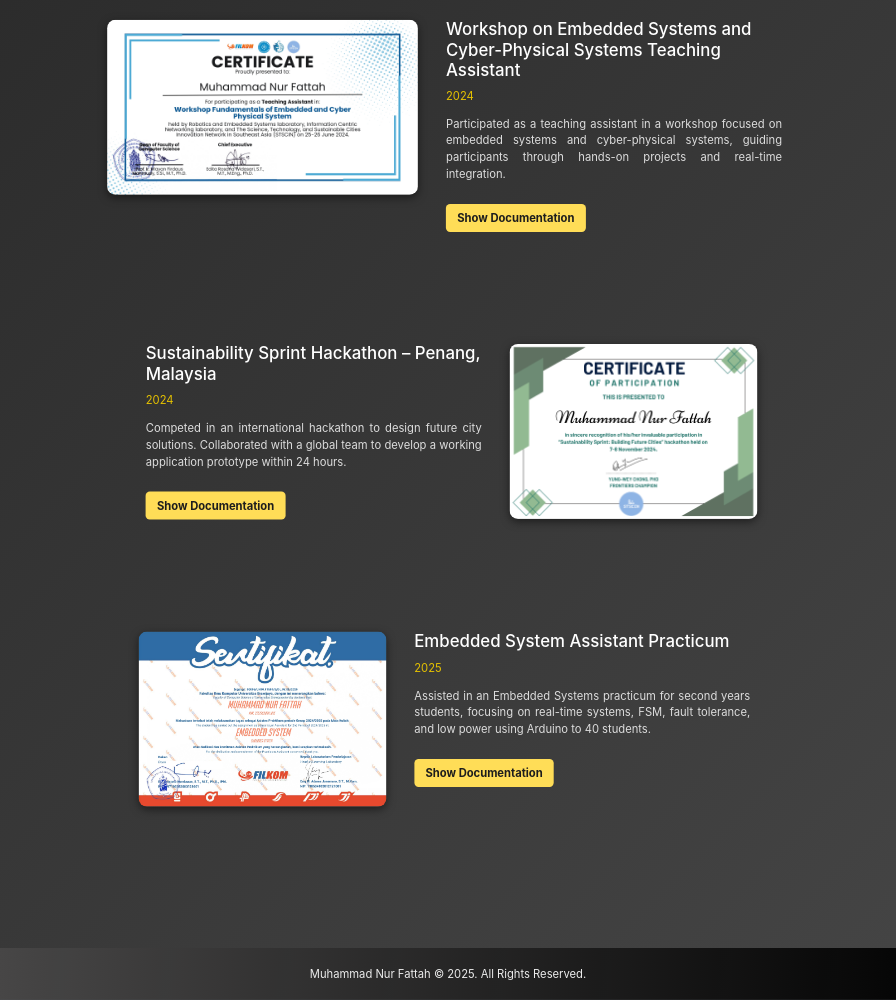
Repository: nurFattahh/Web-Portofolio
Page: /experience
An editor plug-in stored every save of this project. The page is shown before and after the next save, followed by the edit.
The browser window is 1280 px wide. The pictures show the part of the page from y = 1816 to 3736 px (the page is 3244 px tall before and 3736 px after), at 70% of full size.
The project was rebuilt for these pictures with package versions that can differ from the ones it lists, and the page was loaded fresh each time. Also part of the build but not shown: vite.config.js, src/components/Home/Home.css, src/components/Home/Home.jsx, src/components/About/About.css, src/components/About/Skillset.css, src/components/About/About.jsx, src/components/Project/Project.css, src/data/Projects.js and 3 more.

Above is the page before, as saved 2025-12-22 14:52:10.

### index.html
<!DOCTYPE html>
<html lang="en">
  <head>
    <meta charset="UTF-8" />
    <meta name="viewport" content="width=device-width, initial-scale=1.0" />
    <link rel="icon" href="/logo2.png" type="image/x-icon">
    <title>My Portfolio</title>

    <link href="https://stackpath.bootstrapcdn.com/bootstrap/4.5.2/css/bootstrap.min.css" rel="stylesheet" />
    <link rel="stylesheet" href="https://cdnjs.cloudflare.com/ajax/libs/font-awesome/6.0.0-beta3/css/all.min.css" />

  </head>
  <body>
    <div id="root"></div>
    <script type="module" src="/src/main.jsx"></script>
    <script src="https://code.jquery.com/jquery-3.5.1.slim.min.js"></script>
    <script src="https://cdn.jsdelivr.net/npm/@popperjs/core@2.9.2/dist/umd/popper.min.js"></script>
    <script src="https://stackpath.bootstrapcdn.com/bootstrap/4.5.2/js/bootstrap.min.js"></script>
    <link href="https://stackpath.bootstrapcdn.com/bootstrap/4.5.2/css/bootstrap.min.css" rel="stylesheet" />
  </body>
</html>

### src/main.jsx
import React from 'react';
import ReactDOM from 'react-dom/client';
import App from './App';
import './assets/styles/style.css';

ReactDOM.createRoot(document.getElementById('root')).render(
  <React.StrictMode>
    <App />
  </React.StrictMode>
);

### src/App.jsx
import React from "react";
import { BrowserRouter as Router, Routes, Route, useLocation } from "react-router-dom";
import { AnimatePresence } from "framer-motion";

import Navbar from "./components/Navbar/Navbar";
import Footer from "./components/Footer/Footer";

import Home from "./components/Home/Home";
import About from "./components/About/About";
import Project from "./components/Project/Project";
import Organization from "./components/Organization/Organization";
import Experience from "./components/Experience/Experience";
import ProjectDetail from "./components/Project/ProjectDetails";

import MotionWrapper from "./components/Animations/MotionWrapper";

const AnimatedRoutes = () => {
  const location = useLocation();

  return (
    <AnimatePresence mode="wait">
      <Routes location={location} key={location.pathname}>
        <Route path="/" element={<MotionWrapper><Home /></MotionWrapper>} />
        <Route path="/about" element={<MotionWrapper><About /></MotionWrapper>} />
        <Route path="/experience" element={<MotionWrapper><Experience /></MotionWrapper>} />
        <Route path="/projects" element={<MotionWrapper><Project /></MotionWrapper>} />
        <Route path="/organization" element={<MotionWrapper><Organization /></MotionWrapper>} />
        <Route path="/projects/:id" element={<MotionWrapper><ProjectDetail /></MotionWrapper>} />
      </Routes>
    </AnimatePresence>
  );
};

const App = () => (
  <Router>
    <Navbar />
    <AnimatedRoutes />
    <Footer />
  </Router>
);

export default App;

### src/assets/styles/style.css
#root {
    background: linear-gradient(135deg, #1c1c1c, #444444);
}

body {
    font-family: 'Arial', sans-serif;
    margin: 0;
    padding: 0;

}

html {
    scroll-padding-top: 2rem; /* Gantikan 80px dengan tinggi navbar Anda */
    scroll-behavior: smooth;
}

### src/components/Navbar/Navbar.jsx
import React, { useEffect, useRef } from "react";
import { Link } from "react-router-dom";
import "./Navbar.css";

const Navbar = () => {
  const navbarRef = useRef(null);

  useEffect(() => {
    const links = document.querySelectorAll(".navbar-collapse .nav-link");
    const navbar = navbarRef.current;

    links.forEach((link) => {
      link.addEventListener("click", () => {
        if (navbar && navbar.classList.contains("show")) {
          new window.bootstrap.Collapse(navbar).hide(); // collapse on mobile
        }
      });
    });

    return () => {
      links.forEach((link) => {
        link.removeEventListener("click", () => {});
      });
    };
  }, []);

  return (
    <nav className="navbar navbar-expand-lg navbar-dark bg-dark sticky-top">
      <Link className="navbar-brand" to="/">
        My Portfolio
      </Link>
      <button
        className="navbar-toggler"
        type="button"
        data-toggle="collapse"
        data-target="#navbarNav"
        aria-controls="navbarNav"
        aria-expanded="false"
        aria-label="Toggle navigation"
      >
        <span className="navbar-toggler-icon"></span>
      </button>
      <div
        className="collapse navbar-collapse"
        id="navbarNav"
        ref={navbarRef}
      >
        <ul className="navbar-nav ml-auto">
          <li className="nav-item">
            <Link className="nav-link" to="/">Home</Link>
          </li>
          <li className="nav-item">
            <Link className="nav-link" to="/about">About</Link>
          </li>
          <li className="nav-item">
            <Link className="nav-link" to="/experience">Experience</Link>
          </li>
          <li className="nav-item">
            <Link className="nav-link" to="/projects">Project</Link>
          </li>
        </ul>
      </div>
    </nav>
  );
};

export default Navbar;

### src/components/Footer/Footer.jsx
import React from 'react';
import './Footer.css';

const Footer = () => (
  <footer className="footer-section bg-dark text-white py-4">
    <div className="container text-center">
      <p> Muhammad Nur Fattah &copy; 2025. All Rights Reserved.</p>
    </div>
  </footer>
);

export default Footer;

### src/components/Experience/Experience.jsx
import React, { useState } from "react";
import certifications from "../../data/Experience";
import "./Experience.css";

const Experience = () => {
  const [activeDocId, setActiveDocId] = useState(null);
  const [modalImg, setModalImg] = useState(null);

  const toggleDocs = (id) => {
    setActiveDocId(activeDocId === id ? null : id);
  };

  const openModal = (img) => setModalImg(img);
  const closeModal = () => setModalImg(null);

  return (
    <section id="experience" className="experience-section">
      <div className="experience-container">
        <h2 className="experience-title"> <span className="certifications-text">Certifications</span> & Achievements</h2>
        {certifications.map((cert, index) => (
          <div
            key={cert.id}
            className={`experience-row ${index % 2 === 0 ? "row-left" : "row-right"}`}
          >
            <div className="experience-img">
              <img src={cert.image} alt={cert.title} />
            </div>
            <div className="experience-content">
              <h3>{cert.title}</h3>
              <p className="experience-date">{cert.date}</p>
              <p>{cert.description}</p>

              {cert.docs && cert.docs.length > 0 && (
                <>
                  <button onClick={() => toggleDocs(cert.id)} className="doc-button">
                    {activeDocId === cert.id ? "Hide Documentation" : "Show Documentation"}
                  </button>
                  <div
                    className="doc-gallery-wrapper"
                    style={{ minHeight: "80px" }} // Prevents layout shift
                  >
                    {activeDocId === cert.id && (
                      <div className="doc-gallery">
                        {cert.docs.map((img, i) => (
                          <img
                            key={i}
                            src={img}
                            alt={`doc-${i}`}
                            className="doc-img"
                            onClick={() => openModal(img)}
                          />
                        ))}
                      </div>
                    )}
                  </div>
                </>
              )}
            </div>
          </div>
        ))}
      </div>

      {modalImg && (
        <div className="image-modal" onClick={closeModal}>
          <div className="modal-content-img" onClick={(e) => e.stopPropagation()}>
            <img src={modalImg} alt="Preview" />
            <button className="close-modal" onClick={closeModal}>×</button>
          </div>
        </div>
      )}
    </section>
  );
};

export default Experience;

### src/components/Animations/MotionWrapper.jsx
// src/components/Animations/MotionWrapper.jsx
import React from "react";
import { motion } from "framer-motion";

const MotionWrapper = ({ children }) => {
  return (
    <motion.div
      initial={{ opacity: 0, y: 20 }}
      animate={{ opacity: 1, y: 0 }}
      exit={{ opacity: 0, y: -20 }}
      transition={{ duration: 0.5 }}
    >
      {children}
    </motion.div>
  );
};

export default MotionWrapper;

### src/components/Navbar/Navbar.css
.navbar {
    z-index: 1000;
}

.navbar .navbar-brand {
    margin-left: 170px;
}

.navbar-nav {
    margin-right: 170px;
}

.navbar {
    background: linear-gradient(135deg, #444444, #1c1c1c);
    opacity: 0.9;
    padding: 1rem 2rem;
    box-shadow: 0 4px 6px rgba(0, 0, 0, 0.1);
    transition: all 0.3s ease-in-out;
}

.navbar a {
    color: rgb(0, 0, 0);
    font-weight: bold;
    text-transform: uppercase;
    padding: 0.5rem 1rem;
    transition: color 0.3s ease;
}

.navbar a:hover {
    color: #ffdd57;
    text-shadow: 0px 0px 10px rgba(255, 255, 255, 0.7);
}

.navbar-nav .nav-link {
    position: relative;
    padding: 0.5rem 1rem;
    transition: color 0.3s ease-in-out;
}

.navbar-nav .nav-link:before {
    content: '';
    position: absolute;
    width: 100%;
    height: 2px;
    bottom: 0;
    left: 0;
    background-color: #ffdd57;
    visibility: hidden;
    transform: scaleX(0);
    transition: all 0.3s ease-in-out;
}

.navbar-nav .nav-link:hover:before {
    visibility: visible;
    transform: scaleX(1);
}


/* Efek Hover untuk Gambar Carousel */
@media (max-width: 1200px) {
    .navbar .navbar-brand {
        margin-left: 0;
    }

    .navbar-nav {
        margin-right: 0;
    }
}

### src/components/Footer/Footer.css
/* Footer Styles */
.footer-section {
  background: linear-gradient(90deg, rgb(73, 72, 72) 0%, rgb(0, 0, 0) 100%);
  opacity: 0.9;
    padding: 1rem 2rem;
    box-shadow: 0 4px 6px rgba(0, 0, 0, 0.1);
    transition: all 0.3s ease-in-out;        /* Teks di tengah */
  }

  .footer-section a {
    color: #ffc107;             /* Warna kuning untuk tautan */
    text-decoration: none;      /* Hilangkan garis bawah pada tautan */
  }

  .footer-section a:hover {
    text-decoration: underline; /* Menambahkan garis bawah saat hover */
  }

  .footer-section .container {
    max-width: 960px;            /* Lebar maksimum untuk konten footer */
    margin: 0 auto;              /* Centang konten */
  }

  .footer-section p {
    margin: 1px 0;              /* Margin antar paragraf */
  }

  .footer-section .text-white {
    color: #fff;                /* Memastikan teks tetap putih */
  }

### src/components/About/Skillset.jsx
import React from "react";
import "./Skillset.css";
import { FaCuttlefish, FaMicrochip, FaNetworkWired, FaPython, FaRobot, FaServer, FaDatabase, FaGithub } from "react-icons/fa";
import { SiPostgresql,SiTerraform , SiAnsible  } from "react-icons/si";
import { FaGolang } from "react-icons/fa6";

const skills = [
  { name: "C++", icon: <FaCuttlefish className="skill-icon" /> },
  { name: "Embedded System", icon: <FaMicrochip className="skill-icon" /> },
  { name: "MQTT", icon: <FaNetworkWired className="skill-icon" /> },
  { name: "Python", icon: <FaPython className="skill-icon" /> },
  { name: "AI / ML", icon: <FaRobot className="skill-icon" /> },
  { name: "Go", icon: <FaGolang className="skill-icon" /> },
  { name: "Backend", icon: <FaServer className="skill-icon" /> },
  { name: "PostgreSQL", icon: <SiPostgresql className="skill-icon" /> },
  { name: "GitHub", icon: <FaGithub className="skill-icon" /> },
  { name: "Terraform", icon: <SiTerraform className="skill-icon" /> },
  { name: "Ansible", icon: <SiAnsible className="skill-icon" /> },
];

const Skillset = () => {
  return (
    <div className="skillset-section">
      <h3 className="skillset-title">Professional Skillset</h3>
      <div className="skillset-grid">
        {skills.map((skill, index) => (
          <div className="skill-box" key={index}>
            {skill.icon}
            <span>{skill.name}</span>
          </div>
        ))}
      </div>
    </div>
  );
};

export default Skillset;

### src/data/Experience.js
import { certs, docs } from "./ImageImport.js";

const certifications = [
  {
    id: 1,
    image: certs.cert1,
    title: "Basic Programming Assistant Practicum",
    description:
      "Served as a teaching assistant for the Basic Programming Practicum, guiding a class of 40 students in C++ fundamentals, including syntax, control structures, and basic algorithms.",
    date: "2023",
    docs: ["Experiences/Docs/docs11.jpg"]
  },
  {
    id: 2,
    image: certs.cert2,
    title: "Digital System Assistant Practicum",
    description:
      "Assisted in teaching digital system fundamentals to 40 students, covering logic gates, flip-flops, multiplexers, arithmetic circuits, and circuit simulation using Multisim.",
    date: "2023",
    docs: ["Experiences/Docs/docs11.jpg"]
  },
  {
    id: 3,
    image: certs.cert3,
    title: "Data Structure and Algorithm Assistant Practicum",
    description:
      "Helped deliver practical sessions on data structures and algorithms, including stacks, queues, linked lists, and trees, to a class of 40 students.",
    date: "2024",
    docs: [docs.docs1, docs.docs2,]
  },
  {
    id: 4,
    image: certs.cert4,
    title: "Microprocessor and Microcontroller Assistant Practicum",
    description:
      "Assisted in microcontroller and microprocessor practicals, teaching I/O operations, timers, interrupts, and communication protocols to 40 students.",
    date: "2024",
    docs: [docs.docs3, docs.docs4]
  },
  {
    id: 5,
    image: certs.cert5,
    title:
      "Workshop on Embedded Systems and Cyber-Physical Systems Teaching Assistant",
    description:
      "Participated as a teaching assistant in a workshop focused on embedded systems and cyber-physical systems, guiding participants through hands-on projects and real-time integration.",
    date: "2024",
    docs: [docs.docs5]
  },
  {
    id: 6,
    image: certs.cert6,
    title: "Sustainability Sprint Hackathon – Penang, Malaysia",
    description:
      "Competed in an international hackathon to design future city solutions. Collaborated with a global team to develop a working application prototype within 24 hours.",
    date: "2024",
    docs: [docs.docs6, docs.docs7]
  },
  {
    id: 7,
    image: certs.cert7,
    title: "Embedded System Assistant Practicum",
    description:
      "Assisted in an Embedded Systems practicum for second years students, focusing on real-time systems, FSM, fault tolerance, and low power using Arduino to 40 students.",
    date: "2025",
    docs: [docs.docs8, docs.docs9]
  }
];

export default certifications;

### src/components/Experience/Experience.css
.experience-section {
  padding: 70px 20px;
  background: linear-gradient(135deg, #1c1c1c, #444444);
  color: #fff;
}

.experience-container {
  max-width: 1200px;
  margin: 0 auto;
  padding: 0 15px; /* Biar aman dari overflow kiri-kanan */
  box-sizing: border-box;
  animation: fadeIn 1.5s ease-in-out;
}

.certifications-text {
  color: white;
}

.experience-title {
  text-align: center;
  font-size: 36px;
  margin-bottom: 60px;
  color: #ffdd57;
  text-shadow: 0 3px 10px rgba(0, 0, 0, 0.4);
  font-family:'Franklin Gothic Medium', 'Arial Narrow', Arial, sans-serif;
}

/* Grid-like layout */
.experience-row {
  display: flex;
  flex-wrap: wrap;
  align-items: flex-start;
  justify-content: center;
  margin-bottom: 60px;
  gap: 30px;
}

.experience-img img {
  width: auto;
  border-radius: 12px;
  box-shadow: 0 4px 12px rgba(0, 0, 0, 0.5);
  height: 250px;
  object-fit: cover;
}

.experience-content {
  flex: 1;
  min-width: 280px;
  max-width: 500px;
  padding: 0 10px;
}

.experience-content h3 {
  font-size: 24px;
  margin-bottom: 10px;
}

.experience-content p {
  font-size: 16px;
  color: #ddd;
  text-align: justify;
}

/* Alternate layout */
.row-left .experience-img {
  order: 1;
}
.row-left .experience-content {
  order: 2;
}
.row-right .experience-img {
  order: 2;
}
.row-right .experience-content {
  order: 1;
}

/* Button */
.doc-button {
  margin-top: 15px;
  padding: 8px 16px;
  background-color: #ffdd57;
  color: #1d1d1d;
  border: none;
  border-radius: 6px;
  font-weight: bold;
  cursor: pointer;
  transition: background 0.3s;
}
.doc-button:hover {
  background-color: #e6c200;
}

/* Documentation Gallery */
.doc-gallery-wrapper {
  margin-top: 20px;
  padding: 10px 0;
}

.doc-gallery {
  margin-top: 15px;
  display: flex;
  flex-wrap: wrap;
  justify-content: flex-start;
  gap: 10px;
}

.doc-img {
  width: 120px;
  height: auto;
  border-radius: 8px;
  box-shadow: 0 2px 6px rgba(0, 0, 0, 0.3);
  cursor: pointer;
  transition: transform 0.3s ease;
}
.doc-img:hover {
  transform: scale(1.05);
}

p.experience-date {
  color: #e6c200;
}

/* Modal Image Preview */
.image-modal {
  position: fixed;
  top: 0;
  left: 0;
  width: 100vw;
  height: 100vh;
  background: rgba(0, 0, 0, 0.8);
  display: flex;
  justify-content: center;
  align-items: center;
  z-index: 9999;
  padding: 20px;
  box-sizing: border-box;
}

.modal-content-img {
  position: relative;
  max-width: 100%;
  max-height: 90vh;
}

.modal-content-img img {
  width: 800px;
  height: auto;
  border-radius: 8px;
  box-shadow: 0 4px 10px rgba(0, 0, 0, 0.6);
}

.close-modal {
  position: absolute;
  top: -10px;
  right: -10px;
  font-size: 28px;
  background: #fff;
  border: none;
  border-radius: 50%;
  cursor: pointer;
  padding: 4px 10px;
  box-shadow: 0 2px 6px rgba(0, 0, 0, 0.5);
}

/* Responsive */
@media (max-width: 768px) {
  .experience-row {
    flex-direction: column;
    text-align: center;
  }

  .experience-img {
    order: 1 !important;
  }

  .experience-img img {
    width: 100%;
    height: auto;

    margin: 0 auto;
    display: block;
  }

  .experience-content {
    padding: 0 10px;
  }

  p.experience-date {
    font-size: 14px;
    margin-bottom: 10px;
    text-align: center;
    color: #e6c200;
  }

  .experience-content {
    order: 2 !important;
    max-width: 100%;
  }

  .doc-gallery {
    justify-content: center;
  }

  .doc-img {
    width: 100px;
  }

  .modal-content-img img {
    width: 90vw;
  }
}

### src/components/Project/ProjectDetails.css
.project-detail-section {
    padding: 80px 20px;
    background: linear-gradient(135deg, #1a1a1a, #2b2b2b);
    color: #f1f1f1;
    font-family: 'Segoe UI', sans-serif;
  }

  .project-detail-container {
    max-width: 1000px;
    margin: 0 auto;
    padding: 30px;
    background-color: #2f2f2f;
    border-radius: 12px;
    box-shadow: 0 4px 12px rgba(0,0,0,0.5);
  }

  .project-detail-title {
    font-size: 36px;
    color: #ffdd57;
    margin-bottom: 10px;
    text-align: center;
  }

  .project-detail-date {
    font-size: 16px;
    color: #aaa;
    text-align: center;
    margin-bottom: 30px;
  }

  .project-detail-description {
    font-size: 18px;
    color: #ddd;
    line-height: 1.8;
    margin-bottom: 20px;
    text-align: justify;
  }

  h4 {
    color: #ffdd57;
    margin-top: 30px;
    margin-bottom: 15px;
  }

  ul {
    margin-left: 20px;
    color: #ccc;
  }

  .tech-stack {
    display: flex;
    flex-wrap: wrap;
    gap: 10px;
  }

  .tech-badge {
    background-color: #444;
    color: #ffffff;
    border-radius: 20px;
    padding: 6px 14px;
    font-size: 14px;
    font-weight: bold;
  }

  .image-title {
    font-size: 24px;
    color: #ffdd57;
    text-align: center;
    margin-top: 20px;
    margin-bottom: 15px;
  }

  .image-gallery {
    display: flex;
    flex-wrap: wrap;
    gap: 10px;
    margin-top: 15px;
    justify-content: center;
  }

  .detail-img {
    width: 100%;
    max-width: 300px;
    border-radius: 10px;
    object-fit: cover;
    box-shadow: 0 4px 8px rgba(0,0,0,0.4);
    transition: transform 0.3s ease;
    cursor: pointer;
  }

  .detail-img:hover {
    transform: scale(1.05);
  }

  .project-details-buttons {
    margin-top: 30px;
    padding-top: 30px;
    display: flex;
    gap: 15px;
    justify-content: center;
  }

  .project-details-buttons a {

    padding: 10px 20px;
    border-radius: 25px;
    font-weight: bold;
    text-decoration: none;
    transition: 0.3s ease;
  }


  .back-button {
    display: block;
    margin: 40px auto 0;
    text-align: center;
    color: #aaa;
    font-size: 15px;
    text-decoration: underline;
    cursor: pointer;
  }

  /* Modal container */
.image-modal {
  position: fixed;
  top: 0;
  left: 0;
  width: 100vw;
  height: 100vh;
  background: rgba(0, 0, 0, 0.8);
  display: flex;
  justify-content: center;
  align-items: center;
  z-index: 9999;
  padding: 20px;
  box-sizing: border-box;
}

/* Modal content wrapper */
.modal-content-img {
  position: relative;
  max-width: 90vw;
  max-height: 90vh;
}

/* ✅ INI bagian yang mengatur gambar saat modal dibuka */
.modal-content-img img {
  width: auto;
  max-width: 90vw;
  height: auto;
  max-height: 80vh; /* ⬅️ Batasi tinggi agar tidak terlalu panjang */
  object-fit: contain;
  border-radius: 10px;
  box-shadow: 0 4px 10px rgba(0, 0, 0, 0.6);
}


  @media (max-width: 768px) {
    .project-detail-description {
      font-size: 16px;
    }
    .detail-img {
      width: 100%;
      max-width: 350px;
      height: auto;
      border-radius: 10px;
      object-fit: contain;
      box-shadow: 0 4px 8px rgba(0,0,0,0.4);
      transition: transform 0.3s ease;
      cursor: pointer;
      display: block;
      margin: 0 auto; /* Center image horizontally */
    }

    .image-gallery {
      flex-direction: column;
      align-items: center;
    }

  }

Loaded but not shown: src/data/ImageImport.js (95 lines, source omitted)

After the next save:
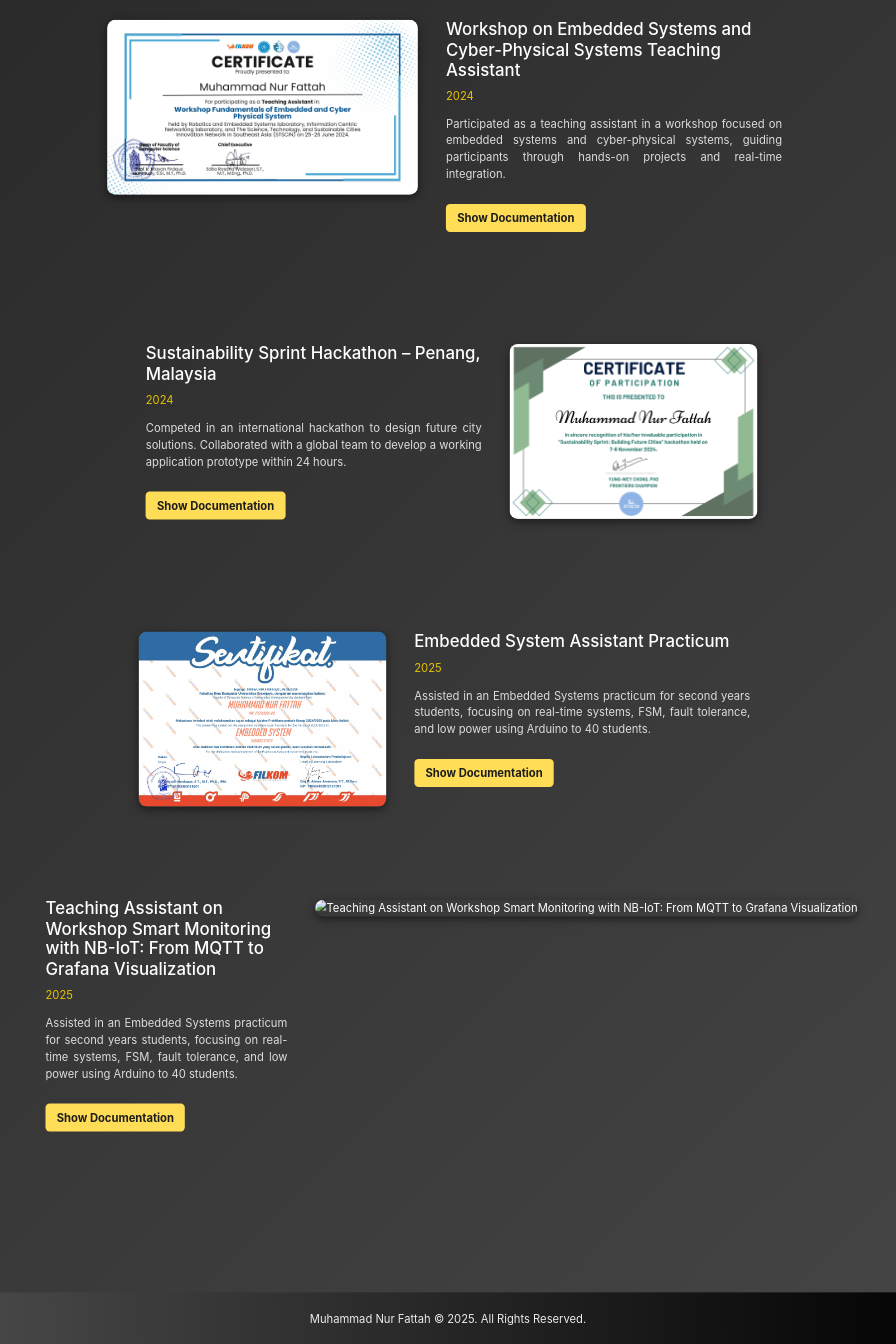
Saved 4 min 15 s later.
--- a/src/data/Experience.js
+++ b/src/data/Experience.js
@@ -64,6 +64,15 @@
       "Assisted in an Embedded Systems practicum for second years students, focusing on real-time systems, FSM, fault tolerance, and low power using Arduino to 40 students.",
     date: "2025",
     docs: [docs.docs8, docs.docs9]
+  },
+  {
+    id: 8,
+    image: certs.cert8,
+    title: "Teaching Assistant on Workshop Smart Monitoring with NB-IoT: From MQTT to Grafana Visualization",
+    description:
+      "Assisted in an Embedded Systems practicum for second years students, focusing on real-time systems, FSM, fault tolerance, and low power using Arduino to 40 students.",
+    date: "2025",
+    docs: [docs.docs10, docs.docs11]
   }
 ];
 
